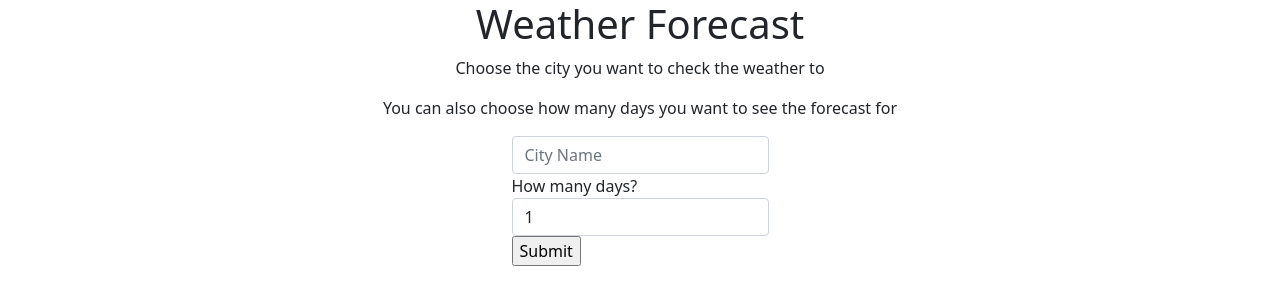
Repository: DimitrisDoxopoulos/my-own-weather-app
Page: /
The author's editor kept a copy of each file at every save. The page is drawn from the files as they stood at one save, then again after the next save.
The browser window is 1280 px wide. The pictures show the whole page.
The project was rebuilt for these pictures with package versions that can differ from the ones it lists, and the page was loaded fresh each time.

Above is the page before, as saved 2021-06-03 15:45:21.

After the next save:
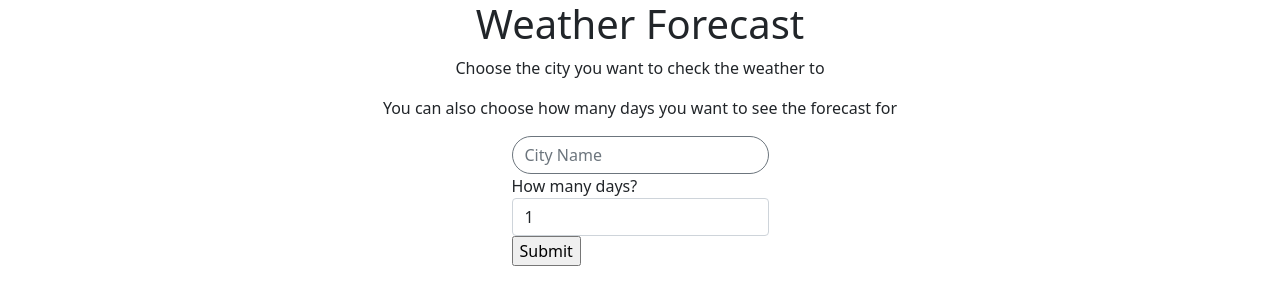
Saved 2 h 48 min later.
--- a/src/components/Form.js
+++ b/src/components/Form.js
@@ -5,7 +5,7 @@ const Form = () => {
         <div>
             <form>
                 <div class="form-group">
-                    <input type="text" class="form-control" id="exampleFormControlInput1" placeholder="City Name" />
+                    <input type="text" class="form-control border-secondary rounded-pill" id="exampleFormControlInput1" placeholder="City Name" />
                 </div>
                 <div class="form-group">
                    <label for="exampleFormControlSelect1">How many days?</label>
